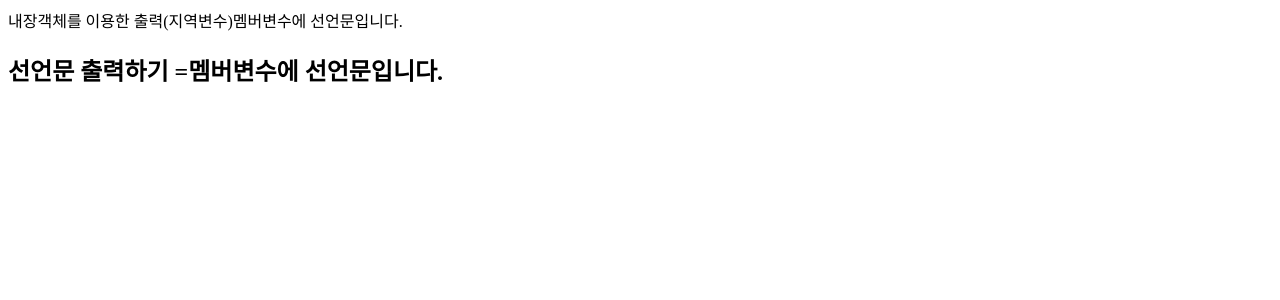
Repository: jinhanP/JSPtest
Page: http://localhost/jsptest/sample/first.jsp
The author's editor kept a copy of each file at every save. The page is drawn from the files as they stood at one save, then again after the next save.
The browser window is 1280 px wide. The pictures show the whole page.
The page is served by Tomcat 10. Other server files are loaded and not shown.

Above is the page before, as saved 2023-11-30 06:40:01.

### jsptest/src/main/webapp/sample/first.jsp
<%@page import="java.util.function.Function"%>
<%@ page language="java" contentType="text/html; charset=UTF-8"
    pageEncoding="UTF-8"%>
<!-- 자바코드구현 멤버변수,멤버함수 선언-->
<%!
	public String declation = "멤버변수에 선언문입니다.";
	public String getDeclation(){
		return declation;
	}
%>

<!-- 자바코드구현 서비스에 들어가는 지역변수 선언-->
<%
 	String scriptlet ="스크립틀릿은 서비스 함수에 구현한것입니다.";
	out.println("내장객체를 이용한 출력(지역변수)"+this.declation);
%>

<!DOCTYPE html>
<html>
<head>
<meta charset="UTF-8">
<title>Insert title here</title>
</head>
<body>
	<h2>선언문 출력하기 =<%= this.getDeclation() %></h2>
</body>
</html>

After the next save:
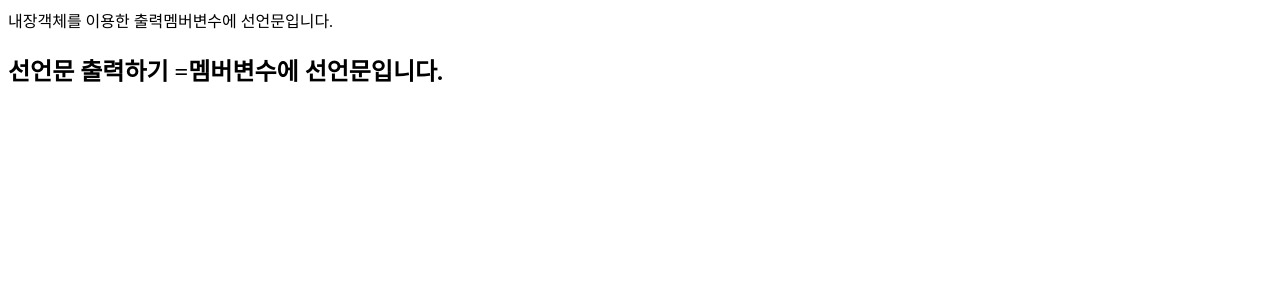
Saved 74 s later.
--- a/jsptest/src/main/webapp/sample/first.jsp
+++ b/jsptest/src/main/webapp/sample/first.jsp
@@ -12,7 +12,7 @@
 <!-- 자바코드구현 서비스에 들어가는 지역변수 선언-->
 <%
  	String scriptlet ="스크립틀릿은 서비스 함수에 구현한것입니다.";
-	out.println("내장객체를 이용한 출력(지역변수)"+this.declation);
+	out.println("내장객체를 이용한 출력"+this.declation);
 %>
 
 <!DOCTYPE html>
